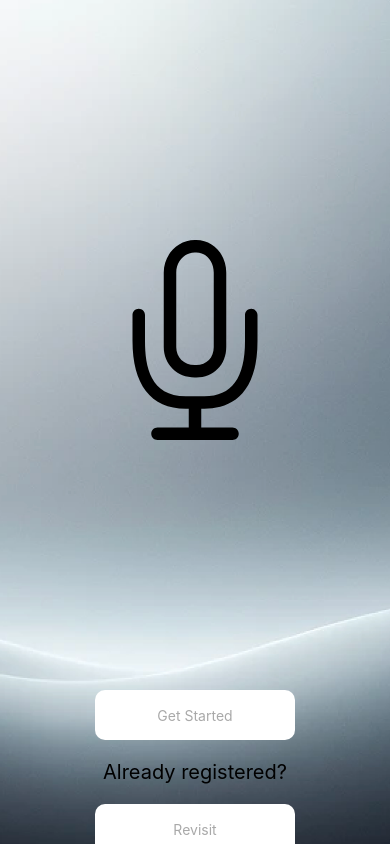
Repository: mortiestmorty1/recordings-app
Screen: / (app in frontend/)
The author's editor kept a copy of each file at every save. The screen is drawn from the files as they stood at one save, then again after the next save.
The app was drawn by React Native's web renderer in a window 390 px wide. The project was rebuilt for these pictures with package versions that can differ from the ones it lists, and the page was loaded fresh each time. Also part of the build but not shown: frontend/components/registerUser.js.

Above is the screen before, as saved 2024-03-08 00:48:02.

### frontend/App.js
import { StatusBar } from 'expo-status-bar';
import { StyleSheet, View } from 'react-native';
import RegisterUser from './components/registerUser.js';
import React from 'react';
import FirstScreen from './components/firstscreen.js';

export default function App() {
  const handleRegistrationSuccess = (userData) => {
    console.log('User registered:', userData);
  };

  return (
    <View style={styles.container}>
      <FirstScreen />
      {/* <RegisterUser onSubmit={handleRegistrationSuccess} /> */}
      <StatusBar style="auto" />
    </View>
  );
}

const styles = StyleSheet.create({
  container: {
    flex: 1,
    backgroundColor: '#fff',
    alignItems: 'center',
    justifyContent: 'center',
  },
});

### frontend/components/firstscreen.js
import React from 'react';
import { View, Text, StyleSheet, TouchableOpacity,ImageBackground } from 'react-native';
import { Svg, Path } from 'react-native-svg';
import background from '../assets/background.png';
const FirstScreen = () => {
  return (
    <View style={styles.container}>
        <ImageBackground
        source={background}
        resizeMode="cover"
        style={styles.imageBackground}
      >
      <Svg style={styles.logo} fill="#000000" width="200" height="200" viewBox="0 0 1024 1024">
        <Path d="M510.88 704h7.6C607.44 704 672 638.4 672 548.032V166.624C672 73.184 604.56 0 518.466 0h-7.584C423.264 0 352 74.752 352 166.624v381.408C352 636.944 420.304 704 510.88 704zM416 166.624C416 110.032 458.56 64 510.88 64h7.6C569.504 64 608 108.128 608 166.624v381.408C608 603.024 572.032 640 518.464 640h-7.584c-55.872 0-94.88-37.808-94.88-91.968zM800 352c-17.68 0-32 14.336-32 32v133.072c0 190.4-67.968 282.929-207.744 282.929H465.12c-182.8 0-209.12-153.84-209.12-282.928V384.001c0-17.664-14.336-32-32-32s-32 14.336-32 32v133.072c0 220.496 91.888 346.928 273.12 346.928H480v96H320c-17.664 0-32 14.336-32 32s14.336 32 32 32h384c17.664 0 32-14.336 32-32s-14.336-32-32-32H544v-96h16.256C684.224 864.001 832 803.809 832 517.072V384c0-17.664-14.32-32-32-32z" />
      </Svg>
      <View style={styles.content}>
        <TouchableOpacity style={styles.btn1} onPress={() => console.log("Get Started pressed")}>
          <Text style={styles.btnText}>Get Started</Text>
        </TouchableOpacity>
        <Text style={styles.text}>Already registered?</Text>
        <TouchableOpacity style={styles.btn1} onPress={() => console.log("Revisit pressed")}>
          <Text style={styles.btnText}>Revisit</Text>
        </TouchableOpacity>
      </View>
      </ImageBackground>
    </View>
  );
};

const styles = StyleSheet.create({
  container: {
    flex: 1,
    width: '100%', // Ensure the container spans the full width
    height: '100%',
    justifyContent: 'center',
    alignItems: 'center',
  },
  imageBackground: {
    width: '100%',
    height: '100%',
    justifyContent: 'center',
    alignItems: 'center',
  },
  logo: {
    width: 200,
    height: 200,
    bottom: 100, // Changed from bottom to marginBottom for better layout control
  },
  text: {
    fontSize: 20,
    margin: 20,
  },
  content: {
    justifyContent: 'center',
    alignItems: 'center',
    top: 250, // Changed from top to marginTop for better layout control
  },
  btn1: {
    width: 200,
    height: 50,
    backgroundColor: 'white',
    borderRadius: 10,
    justifyContent: 'center',
    alignItems: 'center',
  },
  btnText: {
    color: 'darkgrey', // Style for the text inside TouchableOpacity
  },
});

export default FirstScreen;

After the next save:
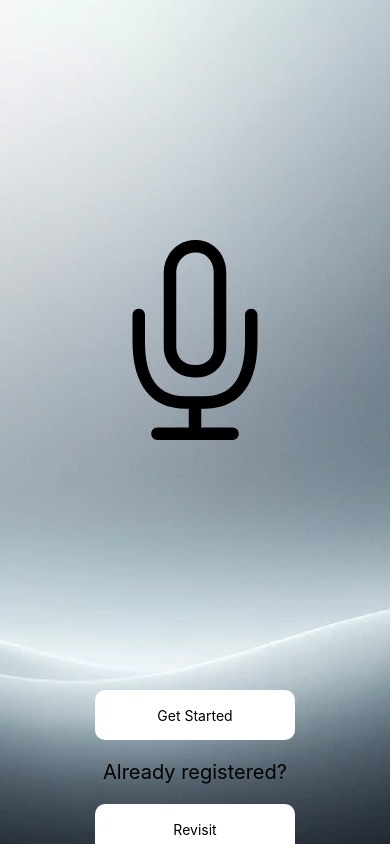
Saved 15 s later.
--- a/frontend/components/firstscreen.js
+++ b/frontend/components/firstscreen.js
@@ -64,7 +64,7 @@ const styles = StyleSheet.create({
     alignItems: 'center',
   },
   btnText: {
-    color: 'darkgrey', // Style for the text inside TouchableOpacity
+    color: 'black', // Style for the text inside TouchableOpacity
   },
 });
 
